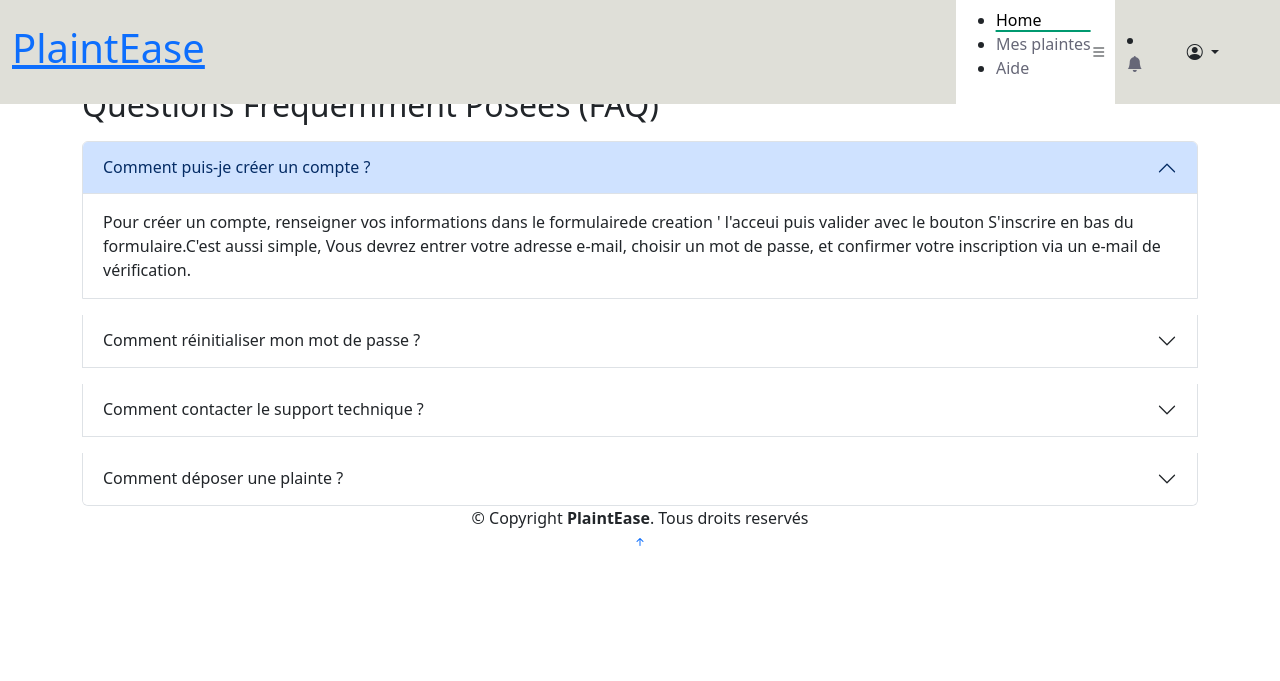
Repository: Senare1/PlaintEasy
Page: complaints/templates/complaints/help.html
An editor plug-in stored every save of this project. The page is shown before and after the next save, followed by the edit.
The browser window is 1280 px wide. The pictures show the whole page.
Some web libraries are served in a nearby version. The template is drawn by Django 4.2. The application's start-up code is not run. The template is opened directly, without the code that normally fills it, so the values that code supplies are empty.

Above is the page before, as saved 2024-08-11 06:05:16.
Console error: ReferenceError: Swiper is not defined

After the next save:
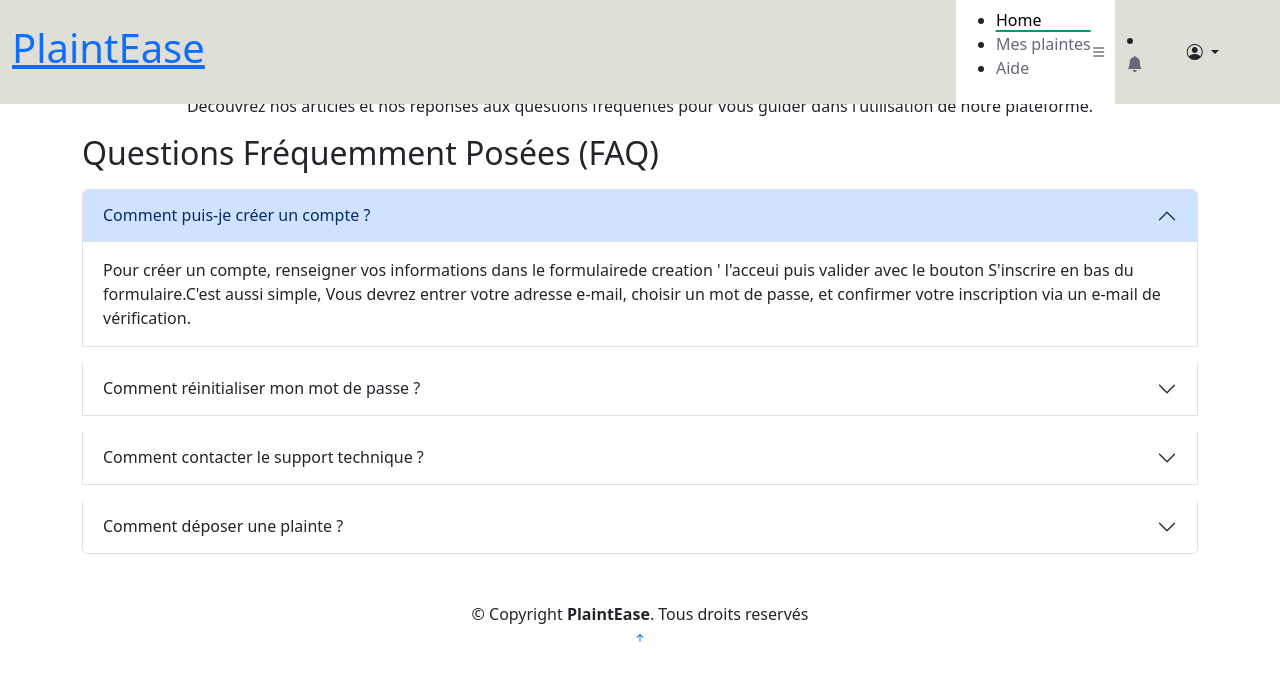
Saved 25 s later.
--- a/complaints/templates/complaints/help.html
+++ b/complaints/templates/complaints/help.html
@@ -6,7 +6,7 @@
 
   <!-- En-tête de la page -->
 
-  <div class="container">
+  <div class="container my-5">
     <!-- Section d'introduction -->
     <section class="hero text-center">
       <h2>Bienvenue sur notre page d'aide</h2>
